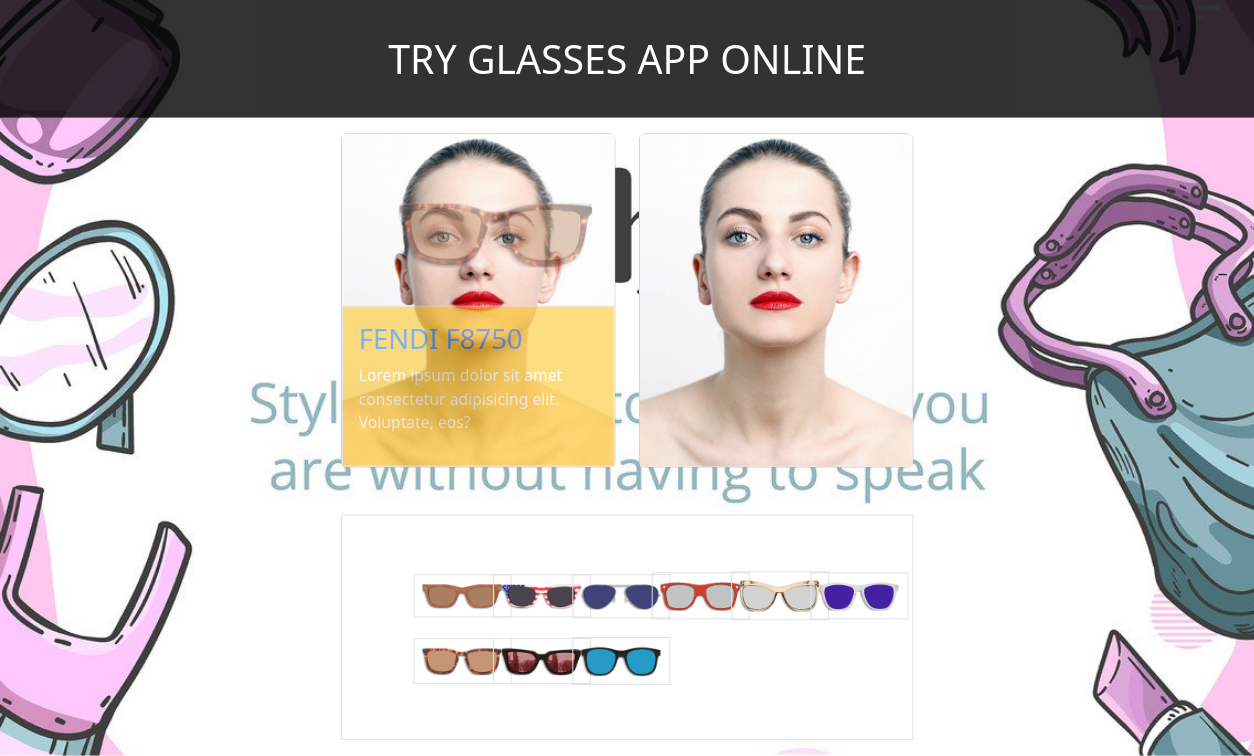
Repository: akira17518/React_JS_Glasses
Page: /
The author's editor kept a copy of each file at every save. The page is drawn from the files as they stood at one save, then again after the next save.
The browser window is 1280 px wide. The pictures show the whole page, at 98% of full size.
The project was rebuilt for these pictures with package versions that can differ from the ones it lists, and the page was loaded fresh each time.

Above is the page before, as saved 2023-05-10 10:56:13.

### public/index.html
<!DOCTYPE html>
<html lang="en">

<head>
  <meta charset="utf-8" />
  <link rel="icon" href="%PUBLIC_URL%/favicon.ico" />
  <meta name="viewport" content="width=device-width, initial-scale=1" />
  <meta name="theme-color" content="#000000" />
  <meta name="description" content="Web site created using create-react-app" />
  <link rel="apple-touch-icon" href="%PUBLIC_URL%/logo192.png" />
  <!--
      manifest.json provides metadata used when your web app is installed on a
      user's mobile device or desktop. See https://developers.google.com/web/fundamentals/web-app-manifest/
    -->
  <link rel="manifest" href="%PUBLIC_URL%/manifest.json" />
  <link href="https://cdn.jsdelivr.net/npm/bootstrap@5.3.0-alpha3/dist/css/bootstrap.min.css" rel="stylesheet"
    integrity="sha384-KK94CHFLLe+nY2dmCWGMq91rCGa5gtU4mk92HdvYe+M/SXH301p5ILy+dN9+nJOZ" crossorigin="anonymous">
  <!--
      Notice the use of %PUBLIC_URL% in the tags above.
      It will be replaced with the URL of the `public` folder during the build.
      Only files inside the `public` folder can be referenced from the HTML.

      Unlike "/favicon.ico" or "favicon.ico", "%PUBLIC_URL%/favicon.ico" will
      work correctly both with client-side routing and a non-root public URL.
      Learn how to configure a non-root public URL by running `npm run build`.
    -->
  <title>React App</title>
</head>

<body class="">
  <noscript>You need to enable JavaScript to run this app.</noscript>
  <div id="root"></div>
  <!--
      This HTML file is a template.
      If you open it directly in the browser, you will see an empty page.

      You can add webfonts, meta tags, or analytics to this file.
      The build step will place the bundled scripts into the <body> tag.

      To begin the development, run `npm start` or `yarn start`.
      To create a production bundle, use `npm run build` or `yarn build`.
    -->
  <script src="https://cdn.jsdelivr.net/npm/bootstrap@5.3.0-alpha3/dist/js/bootstrap.bundle.min.js"
    integrity="sha384-ENjdO4Dr2bkBIFxQpeoTz1HIcje39Wm4jDKdf19U8gI4ddQ3GYNS7NTKfAdVQSZe"
    crossorigin="anonymous"></script>
</body>

</html>

### src/index.js
import React from 'react';
import ReactDOM from 'react-dom/client';
import App from './App';

const root = ReactDOM.createRoot(document.getElementById('root'));
root.render(
    <App></App>
);

### src/App.js
import React, { Component } from 'react'
import BaiTapSetState from './BTsetState/BaiTapSetState'
import appCSS from './assets/app.module.css'
export default class App extends Component {
    render() {
        return (
            <div className={`${appCSS.app}`}>
                <BaiTapSetState></BaiTapSetState>
            </div>
        )
    }
}

### src/BTsetState/BaiTapSetState.jsx
import React, { Component } from 'react'
import HeaderComponent from './HeaderComponent'
import Content from './Content'

export default class extends Component {
  render() {
    return (
      <div>
        <div>
          <HeaderComponent></HeaderComponent>
        </div>
        <div className='w-50 m-auto fs-1 text-center p-3'>
          <Content></Content>
        </div>
      </div>
    )
  }
}

### src/assets/app.module.css
.app {
    background:  url(../../public/img/background.jpg);
    background-position: center;
    background-repeat: no-repeat;
    background-size: cover;
}

### src/BTsetState/HeaderComponent.jsx
import React, { Component } from 'react'
import headerStyle from '../assets/header.module.css'
export default class HeaderComponent extends Component {
    render() {
        return (
            <div className={`${headerStyle.header}`}>TRY GLASSES APP ONLINE</div>
        )
    }
}

### src/BTsetState/Content.jsx
import React, { Component } from 'react'
import glassCSS from '../assets/glass.module.css'
export default class Content extends Component {
  glasses = [
    {
      "id": 1,
      "price": 30,
      "name": "GUCCI G8850U",
      "url": "./glassesImage/v1.png",
      "desc": "Light pink square lenses define these sunglasses, ending with amother of pearl effect tip. "
    },
    {
      "id": 2,
      "price": 50,
      "name": "GUCCI G8759H",
      "url": "./glassesImage/v2.png",
      "desc": "Light pink square lenses define these sunglasses, ending with amother of pearl effect tip. "
    },
    {
      "id": 3,
      "price": 30,
      "name": "DIOR D6700HQ",
      "url": "./glassesImage/v3.png",
      "desc": "Light pink square lenses define these sunglasses, ending with amother of pearl effect tip. "
    },
    {
      "id": 4,
      "price": 70,
      "name": "DIOR D6005U",
      "url": "./glassesImage/v4.png",
      "desc": "Light pink square lenses define these sunglasses, ending with amother of pearl effect tip. "
    },
    {
      "id": 5,
      "price": 40,
      "name": "PRADA P8750",
      "url": "./glassesImage/v5.png",
      "desc": "Light pink square lenses define these sunglasses, ending with amother of pearl effect tip. "
    },
    {
      "id": 6,
      "price": 60,
      "name": "PRADA P9700",
      "url": "./glassesImage/v6.png",
      "desc": "Light pink square lenses define these sunglasses, ending with amother of pearl effect tip. "
    },
    {
      "id": 7,
      "price": 80,
      "name": "FENDI F8750",
      "url": "./glassesImage/v7.png",
      "desc": "Light pink square lenses define these sunglasses, ending with amother of pearl effect tip. "
    },
    {
      "id": 8,
      "price": 100,
      "name": "FENDI F8500",
      "url": "./glassesImage/v8.png",
      "desc": "Light pink square lenses define these sunglasses, ending with amother of pearl effect tip. "
    },
    {
      "id": 9,
      "price": 60,
      "name": "FENDI F4300",
      "url": "./glassesImage/v9.png",
      "desc": "Light pink square lenses define these sunglasses, ending with amother of pearl effect tip. "
    }
  ]
  state = {
    img: ''
  }
  renderModelRight = () => {
    return <div className='card-right card position relative'>
      <img src={this.state.img} alt="" className={`${glassCSS.glass}`} width={200} />
      <img src="./img/model.jpg" alt="" />
    </div>
  }
  renderGlass = () => {
    let outputGlass = this.glasses.map(glass => {
      return <div className="col-2">
        <button className='btn btn-white' key={glass.id} onClick={() => {
          this.setState({
            img: `${glass.url}`
          })
        }}>
          <img src={glass.url} className='border p-2' alt="" width={100} />
        </button>

      </div>
    })
    return outputGlass
  }

  render() {
    return (
      <div className='container'>
        <div className="top-model">
          <div className="row">
            <div className="col-6">
              <div className='card-left card position relative'>
                <img src="./img/v7.png" alt="" className={`${glassCSS.glass}`} width={200} />
                <img src="./img/model.jpg" alt="" />
                <div className="card-body fs-6 text-start position-absolute bottom-0 end-0 start-0 opacity-50 bg-warning border">
                  <h3 className='text-primary'>FENDI F8750</h3>
                  <p className='text-white'>Lorem ipsum dolor sit amet consectetur adipisicing elit. Voluptate, eos?</p>
                </div>
              </div>
            </div>
            <div className="col-6">
              {this.renderModelRight()}
            </div>
          </div>
        </div>
        <div className="bot-model p-5 border mt-5">
          <div className="container">
            <div className="row">
              {this.renderGlass()}
            </div>
          </div>
        </div>
      </div>
    )
  }
}

### src/assets/header.module.css
.header {
    background-color: black;
    opacity: 0.8;
    color: #fff;
    text-align: center;
    font-size: 40px;
    padding: 30px;
}

### src/assets/glass.module.css
.glass {
    position: absolute;
    bottom: 60%;
    left: 21%;
    opacity: 0.5;
}

After the next save:
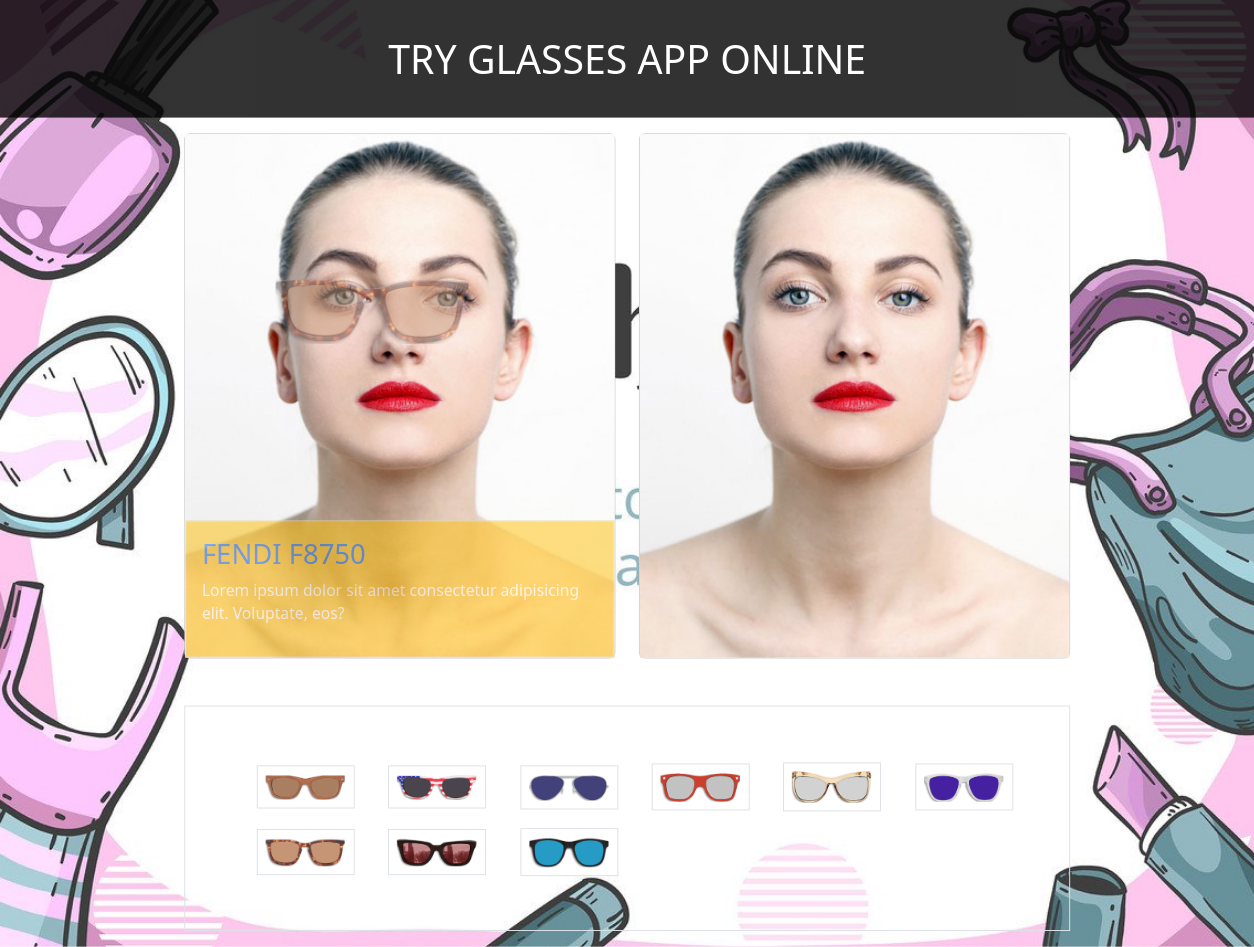
Saved 8 s later.
--- a/src/BTsetState/BaiTapSetState.jsx
+++ b/src/BTsetState/BaiTapSetState.jsx
@@ -9,7 +9,7 @@
         <div>
           <HeaderComponent></HeaderComponent>
         </div>
-        <div className='w-50 m-auto fs-1 text-center p-3'>
+        <div className='w-75 m-auto fs-1 text-center p-3'>
           <Content></Content>
         </div>
       </div>
